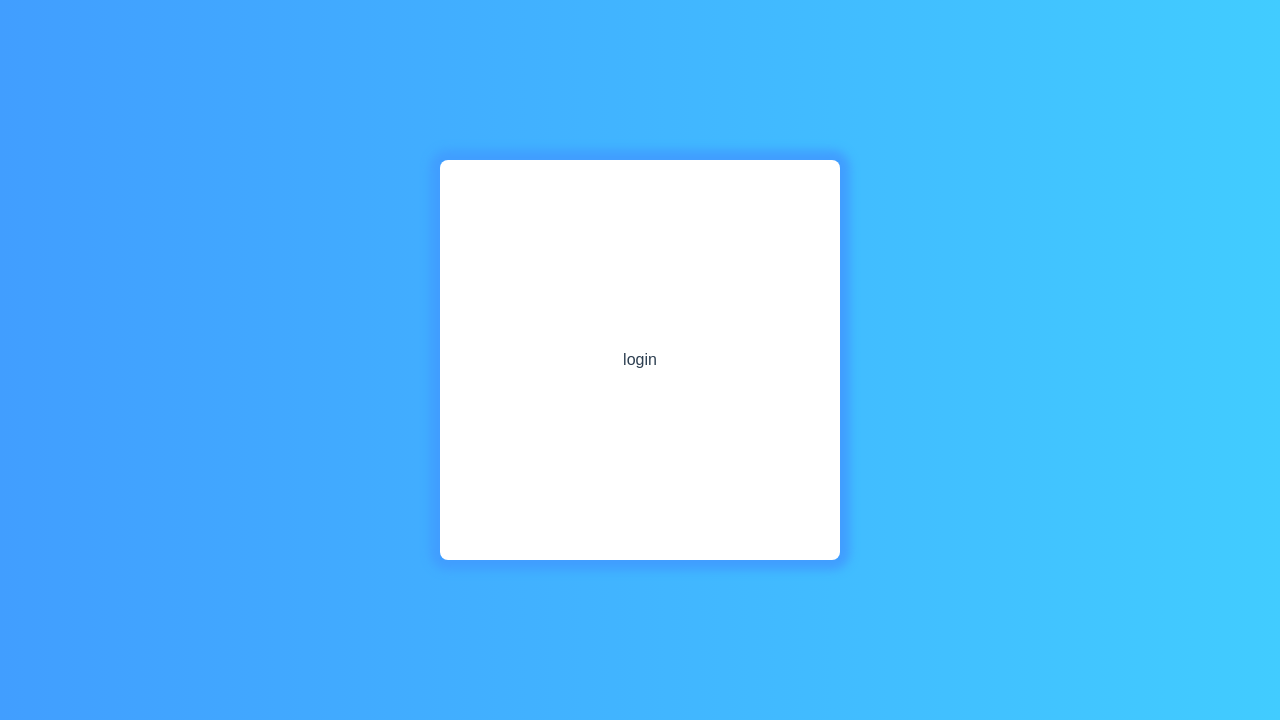
Repository: omsGroup/oms
Page: /#/systemSetting
The author's editor kept a copy of each file at every save. The page is drawn from the files as they stood at one save, then again after the next save.
The browser window is 1280 px wide. The pictures show the whole page.
The project was rebuilt for these pictures with package versions that can differ from the ones it lists, and the page was loaded fresh each time.

Above is the page before, as saved 2018-09-02 20:55:23.

### index.html
<!DOCTYPE html>
<html>
  <head>
    <meta charset="utf-8">
    <meta name="viewport" content="width=device-width,initial-scale=1.0">
    <title>oms</title>
    <script src="//at.alicdn.com/t/font_741279_u6newasw37.js"></script>
  </head>
  <body>
    <div id="app"></div>
    <!-- built files will be auto injected -->
  </body>
</html>

### src/main.js
// The Vue build version to load with the `import` command
// (runtime-only or standalone) has been set in webpack.base.conf with an alias.
import Vue from 'vue'
import App from './App'
import router from './router'
import Vuex from 'vuex'
import store from './vuex/store.js'
import './assets/common.less'
import ElementUI from 'element-ui';
import 'element-ui/lib/theme-chalk/index.css';
import * as filters from  './plugins/filters'
import * as axios from '@/axios'

Vue.prototype.$axios = axios
Object.keys(filters).forEach(key=>{
    Vue.filter(key,filters[key])
});

Vue.use(ElementUI,Vuex);
Vue.config.productionTip = false;

/* eslint-disable no-new */
new Vue({
    el: '#app',
    router,
    store,
    components: {
        App
    },
    template: '<App/>'
})

### src/router/index.js
import Vue from 'vue'
import Router from 'vue-router'
import login from '@/components/login'
import store from '../vuex/store.js'
const recover = r => require.ensure([], () => r(require('@/pages/recover/recover')), 'recover');
const layout = r => require.ensure([], () => r(require('@/components/layout')), 'layout');
const home = r => require.ensure([], () => r(require('@/pages/home/home')), 'home');
const userInfo = r => require.ensure([], () => r(require('@/pages/user/userInfo')), 'userInfo');
const userAudit = r => require.ensure([], () => r(require('@/pages/audit/userAudit')), 'userAudit');
const financeInfo = r => require.ensure([], () => r(require('@/pages/finance/financeInfo')), 'financeInfo');
const systemSetting = r => require.ensure([], () => r(require('@/pages/system/systemSetting')), 'systemSetting');
const authorityManagement = r => require.ensure([], () => r(require('@/pages/system/authorityManagement')), 'authorityManagement');


Vue.use(Router);

const Routers = new Router({
    routes: [{
        path: '/',
        name: 'login',
        component: login
    }, {
        path: '/layout',
        name: 'layout',
        component: layout,
        redirect:'/home',
        children: [{
            path: '/home',
            name: '首页',
            component: home
        }, {
            path:'/userInfo',
            name:'用户信息',
            component:userInfo
        }, {
            path:'/userAudit',
            name:'用户审核',
            component:userAudit
        }, {
            path:'/financeInfo',
            name:'财务信息',
            component:financeInfo
        }, {
            path:'/systemSetting',
            name:'系统设置',
            component:systemSetting
        },{
            path:'/authorityManagement',
            name:'权限管理',
            component:authorityManagement
        }]
    }, {
        path: '/recover',
        name: 'recover',
        component: recover
    }]
})

Routers.beforeEach((to, from, next)=>{
    let tabsData=[]
    if(to.path!=='/'){
        if(!localStorage.getItem('userInfo')){
            next('/')
            return
        }
    }
    if(localStorage.getItem('tabsData')){
        let tabsData=JSON.parse(localStorage.getItem('tabsData'))
        let findRepeat=tabsData.findIndex((value,index,tabsData)=>{
            return value.name===to.name
        })
        if(findRepeat===-1){
            tabsData.push({title:to.name,name:to.name,path:to.path})
            localStorage.setItem('tabsData',JSON.stringify(tabsData))
            store.commit('setTabs')
        }
        localStorage.setItem('currTabs', to.name)
        store.commit('setTabs')
        store.commit('setCurrTabs')
    }else{
        if(to.name!=='login'){
            tabsData.push({title:to.name,name:to.name,path:to.path})
            localStorage.setItem('tabsData', JSON.stringify(tabsData))
            localStorage.setItem('currTabs', tabsData[0].name)
            store.commit('setTabs')
            store.commit('setCurrTabs')
        }
    }
    next();
})

export default Routers

### src/vuex/store.js
import Vue from 'vue'
import Vuex from 'vuex'

Vue.use(Vuex)
const store=new Vuex.Store({
    state:{
        author:'BWW',
        tabsData:'',
        currTabs:''
    },
    mutations:{
    	saveTabs(state,msg){
    		localStorage.setItem('tabsData',JSON.stringify(msg))
    	},
    	setTabs(state){
    		state.tabsData=JSON.parse(localStorage.getItem('tabsData'))
        },
        setCurrTabs(state){
            state.currTabs = localStorage.getItem('currTabs')
        }
    },
})
export default store

### src/assets/common.less
html,body{
    height: 100%;
    width: 100%;
}
body, div, span, header, footer, nav, section, aside, article, ul, dl, dt, dd, li, a, p, h1, h2, h3, h4,h5, h6, i, b, textarea, button, input, select, figure, figcaption {
    padding: 0;
    margin: 0;
    list-style: none;
    font-style: normal;
    text-decoration: none;
    border: none;
    font-family: "Microsoft Yahei",sans-serif;
    -webkit-tap-highlight-color:transparent;
    -webkit-font-smoothing: antialiased;
    &:focus {
        outline: none;
    }
}
.flex-center-center{
    display: flex;
    align-items: center;
    justify-content: center;
}
.el-menu{
    border-right: none !important;
}
.icon {
    width: 1.2em; height: 1.2em;
    vertical-align: -0.15em;
    margin-right:5px;
    fill: currentColor;
    overflow: hidden;
}

### src/plugins/filters.js
export function sex(val){
    return val === 1?'男':'女'
}
export function accountType(val){
    return val === 0 ?'普通用户':val === 1?'管理员':'超级管理员'
}
export function timestampTransform(val){
    let date=new Date(val);
    return date.getFullYear()+'-'+checkTen(date.getMonth()+1)+'-'+checkTen(date.getDate())+' '+checkTen(date.getHours())+':'+checkTen(date.getMinutes())+':'+checkTen(date.getSeconds())
}
function checkTen(val){
    return val<10?'0'+val:val
}

### src/axios/index.js
import axios from 'axios'
import qs from 'qs'

// axios 配置
axios.defaults.timeout = 10000;
axios.defaults.headers.post['Content-Type'] = 'application/json;charset=UTF-8';
axios.defaults.baseURL = `http://${process.env.NODE_ENV}.oms-api.qiuxiaomi.cn`;
// // 或者
// switch(process.env.NODE_ENV) {
//     case 'dev':
//         axios.defaults.baseURL = 'http://dev.api.qiuxiaomi.cn';
//         break;
//     case 'production':
//         axios.defaults.baseURL = 'http://[pro].api.qiuxiaomi.cn';
//         break;
// }
// axios.defaults.baseURL = 'http://production.api.qiuxiaomi.cn/ranking/live_ranking_lis';
let instance = axios.create({
    headers:{

    },
    data:{

    },
    params:{

    }
})
//POST传参序列化
instance.interceptors.request.use((config) => {
    if(config.method  === 'post'){
        config.data = qs.stringify(config.data);
    }
    return config;
},(error) =>{
    return Promise.reject(error);
});

//返回状态判断
instance.interceptors.response.use((res) =>{
    if(res.status === 200){
        if(res.data.errorCode===1){
            return Promise.resolve(res.data)
        }else{
            this.$message.error(res.data.msg)
        }
    }else if(res.status === 500){
        this.$message.error('服务器异常')
    }
    return res;
}, (error) => {
    //404等问题可以在这里处理
    return Promise.reject(error);
});

export function fetch(url, params) {
    return new Promise((resolve, reject) => {
        axios.defaults.headers.post['Content-Type'] = 'application/json;charset=UTF-8';
        instance.post(url, params)
            .then(response => {
                resolve(response.data);
            }, err => {
                reject(err);
            })
            .catch((error) => {
                reject(error)
            })
    })
};
export function postFormat(url,params){
    return new Promise((resolve,reject)=>{
        axios.defaults.headers.post['Content-Type'] = 'application/x-www-form-urlencoded';
        instance.post(url,params)
            .then((response) => {
                resolve(response);
            }).catch((error) => {
                console.log(error,'error')
                reject(error)
            })
    })
};
export function formData(url,param={}){
    return instance.post(url,param,{
        headers: {
            'enctype': 'multipart/form-data',
            'Cache-Control': 'no-store',
            'Pragma': 'no-cache'
        },
        data: param || {},
        transformRequest:[function() {
            let fd = new FormData();
            for (let i in param) {
                if (param.hasOwnProperty(i)) {
                    fd.append(i, param[i]);
                }
            }
            return fd;
        }]
    })
}
export default {
    formData,
    fetch,
    postFormat,
    instance
}

### src/components/login.vue
<template>
    <div id="canvas"
         class="login-pages flex-center-center">
        <div class="login-box flex-center-center">
            <div class="login">login</div>
        </div>
    </div>
</template>
<script>
import echart from 'echarts'
import Vue from 'vue'
import * as THREE from 'three'
import defaultImg from '../assets/images/Generic_Celestia_asteroid_texture.jpg'

export default {
    data() {
        return {
            form: {
                username: "",
                password: "",
            },
        }
    },
    mounted() {

    },
    destory(){
        THREE.Cache.clear()
    },
    methods: {
        submitLogin() {
            localStorage.clear();
            this.$refs.form.validate((valid) => {
                if (valid) {
                    this.$axios.postFormat('/v1/login',this.form).then((res)=>{
                        localStorage.setItem('userInfo',JSON.stringify(res.data))
                        this.$message.success("登录成功");
                        this.$router.replace('/layout');
                    }).catch((error)=>{
                        this.$message.error('登录失败')
                    })
                }
            })
        },
    }
}

</script>
<style lang="less">
    .login-pages {
        width: 100%;
        height: 100%;
        background: linear-gradient(90deg,#419eff,#41ccff);
        .login-box{
            width: 400px;
            height:400px;
            // border:1px solid #999;
            border-radius:8px;
            box-shadow: #419eff 0px 0px 10px 10px;
            background:#fff;
        }
    }

</style>

Loaded but not shown: src/App.vue (common file)

After the next save:
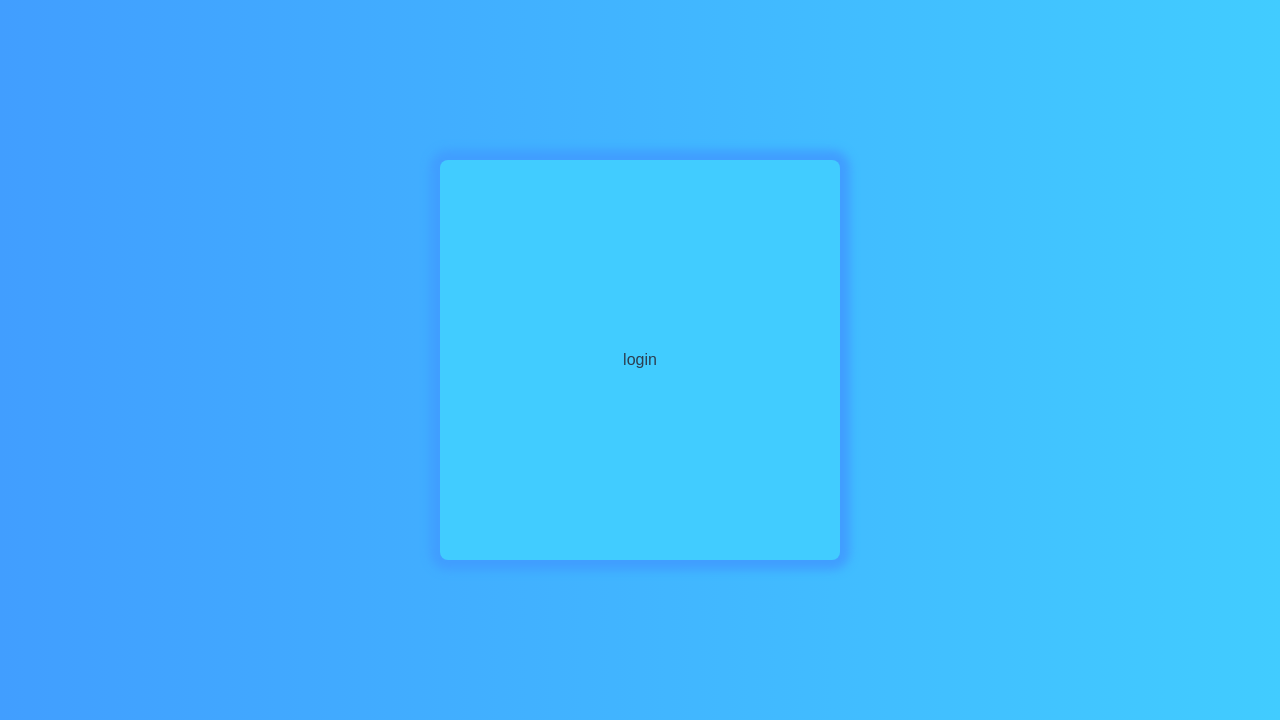
Saved 13 s later.
--- a/src/components/login.vue
+++ b/src/components/login.vue
@@ -57,7 +57,7 @@ export default {
             // border:1px solid #999;
             border-radius:8px;
             box-shadow: #419eff 0px 0px 10px 10px;
-            background:#fff;
+            background:#41ccff;
         }
     }
 
